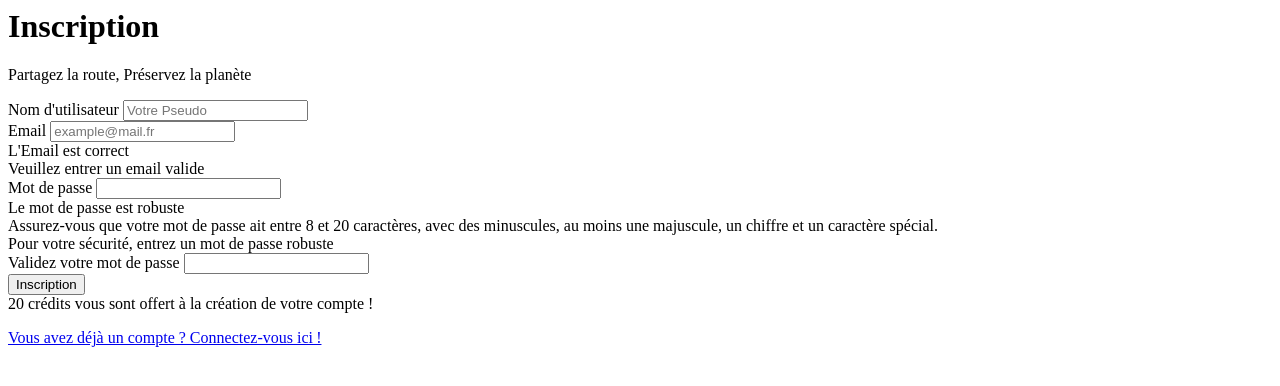
Repository: lemonhao9/ECF
Page: pages/auth/signup.html
These files come from the project's save history. The page is drawn as it stood at one moment and after the next save; the edit follows.
The browser window is 1280 px wide. The pictures show the whole page.

Above is the page before, as saved 2025-02-13 12:54:18.

### pages/auth/signup.html
<div class="hero-scene text-center text-secondary">
    <div class="hero-scene-content">
        <h1>Inscription</h1>
        <p>Partagez la route, Préservez la planète</p>
    </div>
</div>

<div class="container">
    <form class="p-4">
        <div class="mb-3">
            <label for="PseudoInput" class="form-label">Nom d'utilisateur</label>
            <input type="text" class="form-control" id="PseudoInput" placeholder="Votre Pseudo" name="Pseudo">
        </div>
        <div class="mb-3">
          <label for="EmailInput" class="form-label">Email</label>
          <input type="email" class="form-control" id="EmailInput" placeholder="example@mail.fr" name="Email">
          <div class="valid-feedback">
            L'Email est correct
          </div>
          <div class="invalid-feedback">
            Veuillez entrer un email valide
          </div>
        </div>
        <div class="mb-3">
          <label for="PasswordInput" class="form-label">Mot de passe</label>
          <input type="password" class="form-control" id="PasswordInput" name="Password" aria-describedby="passwordHelpBlock">
          <div class="valid-feedback">
            Le mot de passe est robuste
          </div>
          <div class="invalid-feedback">
            Assurez-vous que votre mot de passe ait entre 8 et 20 caractères, avec des minuscules, au moins une majuscule, un chiffre et un caractère spécial.
          </div>
          <div id="passwordHelpBlock" class="form-text">
            Pour votre sécurité, entrez un mot de passe robuste
          </div>
        </div>
        <div class="mb-3">
            <label for="ValidatePasswordInput" class="form-label">Validez votre mot de passe</label>
            <input type="password" class="form-control" id="ValidatePasswordInput" name="PasswordConfirm">
          </div>
        <div class="text-center">
            <button type="submit" class="btn btn-secondary" aria-describedby="signupHelpBlock" id="btn-valider-inscription">Inscription</button>
        </div>
        <div id="signupHelpBlock" class="form-text text-center">
            20 crédits vous sont offert à la création de votre compte !
        </div>
    </form>
    <div class="text-center pt-3 pb-5">
        <a href="/login">Vous avez déjà un compte ? Connectez-vous ici !</a>
    </div>
</div>

After the next save:
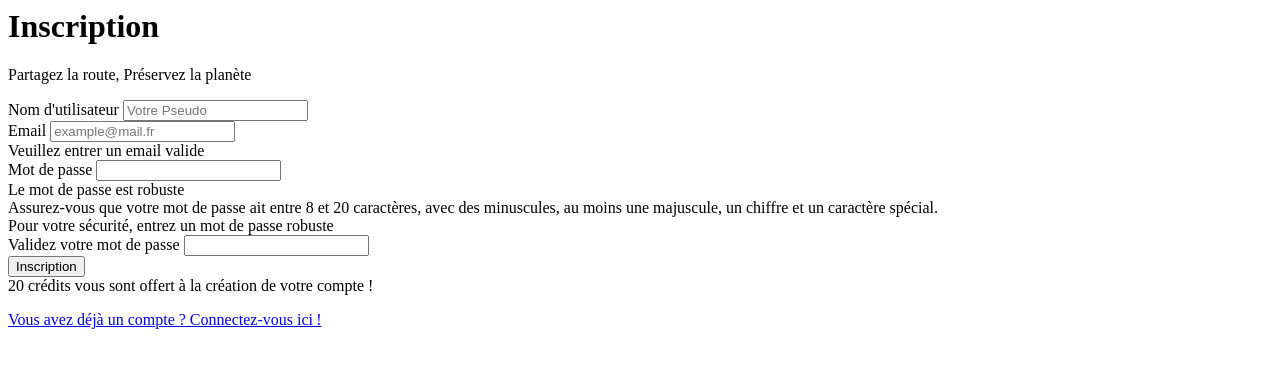
Saved 38 s later.
--- a/pages/auth/signup.html
+++ b/pages/auth/signup.html
@@ -14,9 +14,6 @@
         <div class="mb-3">
           <label for="EmailInput" class="form-label">Email</label>
           <input type="email" class="form-control" id="EmailInput" placeholder="example@mail.fr" name="Email">
-          <div class="valid-feedback">
-            L'Email est correct
-          </div>
           <div class="invalid-feedback">
             Veuillez entrer un email valide
           </div>
